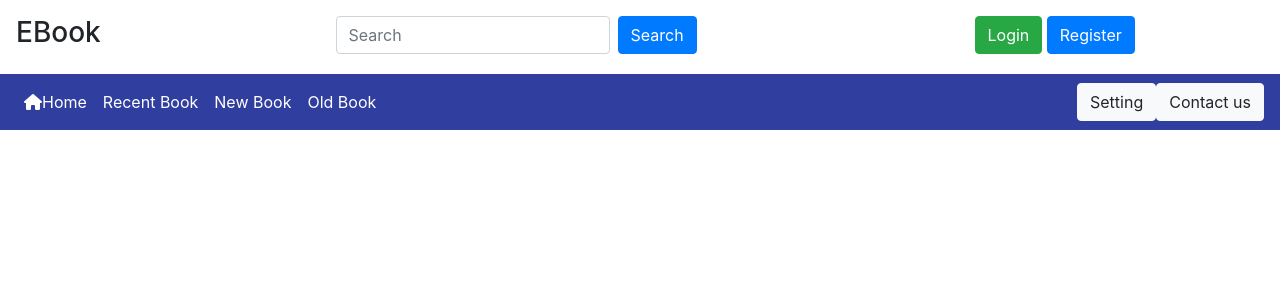
Repository: DaoThanhLam/eProjectKy4
Page: http://localhost/bookma_pro/
These files come from the project's save history. The page is drawn as it stood at one moment and after the next save; the edit follows.
The browser window is 1280 px wide. The pictures show the whole page.
Some web libraries are served in a nearby version. The page is served by Tomcat 9.

Above is the page before, as saved 2024-11-14 01:29:26.

### bookma_pro/src/main/webapp/index.jsp
<%@ page language="java" contentType="text/html; charset=ISO-8859-1"
    pageEncoding="ISO-8859-1"%>
<!DOCTYPE html>
<html>
<head>
<meta charset="ISO-8859-1">
<title>Insert title here</title>
<%@include file="components/css.jsp"%>
</head>
<body>
	<%@include file="components/navbar.jsp"%>


</body>
</html>

### bookma_pro/src/main/webapp/components/css.jsp
<link rel="stylesheet" href="https://cdn.jsdelivr.net/npm/bootstrap@4.3.1/dist/css/bootstrap.min.css" integrity="sha384-ggOyR0iXCbMQv3Xipma34MD+dH/1fQ784/j6cY/iJTQUOhcWr7x9JvoRxT2MZw1T" crossorigin="anonymous">

<script src="https://code.jquery.com/jquery-3.3.1.slim.min.js" integrity="sha384-q8i/X+965DzO0rT7abK41JStQIAqVgRVzpbzo5smXKp4YfRvH+8abtTE1Pi6jizo" crossorigin="anonymous"></script>

<script src="https://cdn.jsdelivr.net/npm/popper.js@1.14.7/dist/umd/popper.min.js" integrity="sha384-UO2eT0CpHqdSJQ6hJty5KVphtPhzWj9WO1clHTMGa3JDZwrnQq4sF86dIHNDz0W1" crossorigin="anonymous"></script>

<script src="https://cdn.jsdelivr.net/npm/bootstrap@4.3.1/dist/js/bootstrap.min.js" integrity="sha384-JjSmVgyd0p3pXB1rRibZUAYoIIy6OrQ6VrjIEaFf/nJGzIxFDsf4x0xIM+B07jRM" crossorigin="anonymous"></script>

<link rel="stylesheet" href="https://cdnjs.cloudflare.com/ajax/libs/font-awesome/6.6.0/css/all.min.css" integrity="sha512-Kc323vGBEqzTmouAECnVceyQqyqdsSiqLQISBL29aUW4U/M7pSPA/gEUZQqv1cwx4OnYxTxve5UMg5GT6L4JJg==" crossorigin="anonymous" referrerpolicy="no-referrer" />

<link rel="stylesheet" href="components/style.css">

### bookma_pro/src/main/webapp/components/navbar.jsp
<div class="container-fluid p-3">
	<div class="row" >
		<div class="col-md-3">
			<h3>EBook</h3>
		</div>
		<div class="col-md-6">
	  		<form class="form-inline my-2 my-lg-0">
      			<input class="form-control mr-sm-2" type="search" placeholder="Search" aria-label="Search">
      			<button class="btn btn-primary my-2 my-sm-0" type="submit">Search</button>
    		</form>
		</div>

			<div class="col-md-3">
			<a href="" class="btn btn-success">Login</a>
			<a href="" class="btn btn-primary">Register</a>
			</div>

	</div>
</div>

<nav class="navbar navbar-expand-lg navbar-dark bg-custom">
  <button class="navbar-toggler" type="button" data-toggle="collapse" data-target="#navbarSupportedContent" aria-controls="navbarSupportedContent" aria-expanded="false" aria-label="Toggle navigation">
    <span class="navbar-toggler-icon"></span>
  </button>

  <div class="collapse navbar-collapse" id="navbarSupportedContent">
    <ul class="navbar-nav mr-auto">
      <li class="nav-item active">
        <a class="nav-link" href="#">
        	<i class="fas fa-home"></i>Home <span class="sr-only">(current)</span>
        </a>
      </li>
      <li class="nav-item active">
        <a class="nav-link" href="#">Recent Book</a>
      </li>
      <li class="nav-item active">
        <a class="nav-link" href="#">New Book</a>
      </li>

      <li class="nav-item active">
        <a class="nav-link disabled" href="#" tabindex="-1" aria-disabled="true">Old Book</a>
      </li>
    </ul>
    <form class="form-inline my-2 my-lg-0">
      <button class="btn btn-light my-2 my-sm-0" type="submit">Setting</button>
      <button class="btn btn-light my-2 my-sm-0" type="submit">Contact us</button>
    </form>
  </div>
</nav>

### bookma_pro/src/main/webapp/components/style.css
.bg-custom{
	background-color: #303f9f;
}
.navbar .nav-item:hover .nav-link{
	background-color: white;
	color:  #303f9f;
	border-radius: 10px;
}

After the next save:
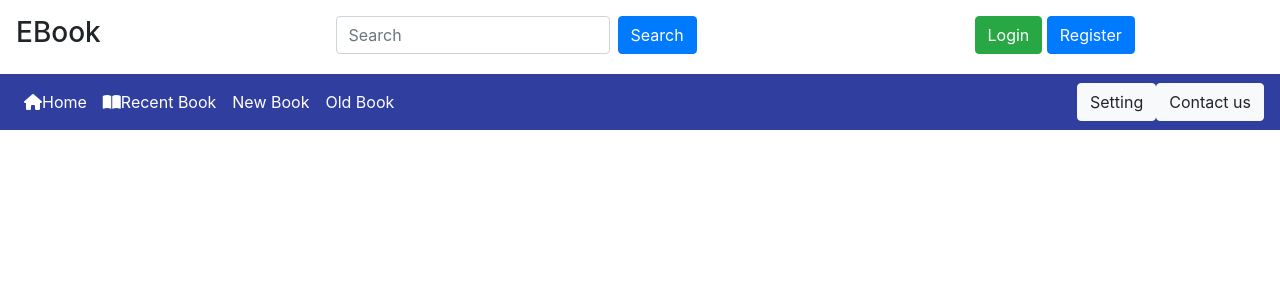
Saved 2 min 20 s later.
--- a/bookma_pro/src/main/webapp/components/navbar.jsp
+++ b/bookma_pro/src/main/webapp/components/navbar.jsp
@@ -31,7 +31,7 @@
         </a>
       </li>
       <li class="nav-item active">
-        <a class="nav-link" href="#">Recent Book</a>
+        <a class="nav-link" href="#"><i class="fas fa-book-open"></i>Recent Book</a>
       </li>
       <li class="nav-item active">
         <a class="nav-link" href="#">New Book</a>
